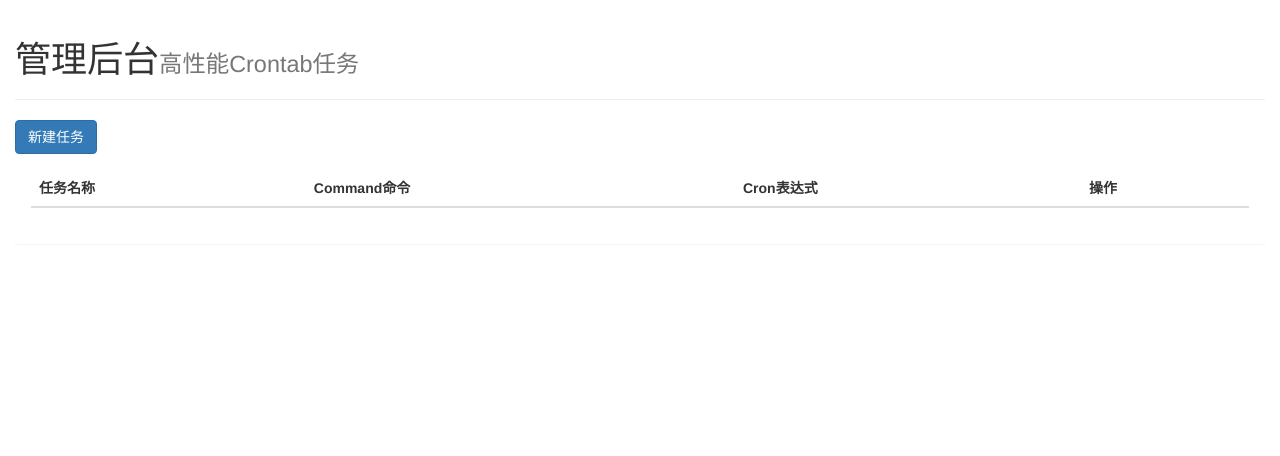
Repository: hellosz/GoCron
Page: src/master/main/public/index.html
The author's editor kept a copy of each file at every save. The page is drawn from the files as they stood at one save, then again after the next save.
The browser window is 1280 px wide. The pictures show the whole page.
After loading, the first visible `button.btn` was clicked once.
The page's requests for data from a server got no answer.

Above is the page before, as saved 2021-08-31 00:26:31.

### src/master/main/public/index.html
<!DOCTYPE html>
<html lang="en">
<head>
    <meta charset="UTF-8">
    <meta http-equiv="X-UA-Compatible" content="IE=edge">
    <meta name="viewport" content="width=device-width, initial-scale=1.0">
    <title>高性能 Crontab</title>
    <script src="https://cdn.bootcdn.net/ajax/libs/jquery/3.5.1/jquery.min.js"></script>
    <link href="https://cdn.bootcdn.net/ajax/libs/twitter-bootstrap/3.3.7/css/bootstrap.min.css" rel="stylesheet">
    <script src="https://cdn.bootcdn.net/ajax/libs/twitter-bootstrap/3.3.7/js/bootstrap.min.js"></script>
</head>
<body>
    <div class="container-fluid">
        <!-- 头部 -->
        <div class="row">
            <div class="col-md-12">
                <div class="page-header">
                    <h1>
                        管理后台<small>高性能Crontab任务</small>
                    </h1>
                </div>
            </div>
        </div>
        <!-- 操作按钮 -->
        <div class="row">
            <div class="col-md-12">
                <button type="button" class="btn btn-primary new-job">
                    新建任务
                </button>
            </div>
        </div>

        <!-- 任务列表 -->
        <div class="row">
            <div class="col-md-12">
                <div class="panel">
                    <div class="panel-body">
                        <table class="table table-striped" id="jobTable">
                            <thead>
                                <tr>
                                    <th>任务名称</th>
                                    <th>Command命令</th>
                                    <th>Cron表达式</th>
                                    <th>操作</th>
                                </tr>
                            </thead>
                            <tbody>
                                <!-- <tr>
                                    <td class="job-name">job1</td>
                                    <td class="job-command">echo hello</td>
                                    <td class="job-cron-exp">* * * * * *</td>
                                    <td>
                                        <div class="btn-toolbar">
                                            <button class="btn btn-info edit-job">编辑</button>
                                            <button class="btn btn-danger delete-job">删除</button>
                                            <button class="btn btn-warning kill-job">强杀</button>
                                        </div>
                                    </td>
                                </tr> -->
                            </tbody>
                        </table>
                    </div>
                </div>
            </div>

        </div>
    </div>
    <!--模态框-->
    <div id="inputModal" class="modal fade" tabindex="-1" role="dialog">
        <div class="modal-dialog" role="document">
          <div class="modal-content">
            <div class="modal-header">
              <button type="button" class="close" data-dismiss="modal" aria-label="Close"><span aria-hidden="true">&times;</span></button>
              <h4 id="inputTitle" class="modal-title">编辑</h4>
            </div>
            <div class="modal-body">
                <form action="">
                    <div class="form-group">
                      <label for="jobName">任务名称</label>
                      <input type="text" id="jobName" class="form-control" placeholder="" aria-describedby="helpId">
                    </div>
                    <div class="form-group">
                      <label for="jobCommand">执行命令</label>
                      <input type="text" id="jobCommand" class="form-control" placeholder="" aria-describedby="helpId">
                    </div>
                    <div class="form-group">
                      <label for="jobCronExp">Cron表达式</label>
                      <input type="text" id="jobCronExp" class="form-control" placeholder="" aria-describedby="helpId">
                    </div>
                </form>
            </div>
            <div class="modal-footer">
              <button type="button" class="btn btn-default" data-dismiss="modal">关闭</button>
              <button type="button" class="btn btn-primary">保存</button>
            </div>
          </div><!-- /.modal-content -->
        </div><!-- /.modal-dialog -->
      </div><!-- /.modal -->
    <!-- 代码  -->
    <script>
        $(document).ready(function () {
            // 监听编辑按钮
            $("#jobTable").on("click", ".edit-job",function (event) {
                // 设置标题
                $("#inputTitle").text("编辑任务");

                // 设置内容
                var jobName = $(this).closest("tr").children(".job-name").text()
                $("#jobName").val(jobName)
                var jobCommand = $(this).closest("tr").children(".job-command").text()
                $("#jobCommand").val(jobCommand)
                var jobCronExp = $(this).closest("tr").children(".job-cron-exp").text()
                $("#jobCronExp").val(jobCronExp)

                // 弹出编辑框
                $("#inputModal").modal("show");
            });
            $("#jobTable").on("click", ".delete-job",function (event) {
                // 获取任务名
                var jobName = $(this).closest("tr").children(".job-name").text()

                // 删除任务
                deleteJob(jobName)
            });
            $("#jobTable").on("click", ".kill-job",function (event) {
                // 获取任务名
                var jobName = $(this).closest("tr").children(".job-name").text()

                // 强杀任务
                killJob(jobName)
            });
            $(".new-job").on("click",function (event) {
                alert("new");
            });

            // 列表刷新
            function freshList() {
                // 清空列表
                $("#jobTable tbody").empty();

                // 发送请求
                $.ajax({
                    type: "get",
                    url: "/job/list",
                    dataType: "json",
                    success: function (response) {
                        if (response.status == -1) {
                            // 请求失败，静默处理
                            return
                        }

                        // 结果渲染
                        var list = response.data
                        console.log(list)
                        for (var index = 0; index < list.length; index++) {
                            data = list[index]
                            var rowDom = $("<tr>");
                            rowDom.append($("<td class='job-name'>").html(data.name));
                            rowDom.append($("<td class='job-command'>").html(data.command));
                            rowDom.append($("<td class='job-cron-exp'>").html(data.cron_exp));
                            var toolBar = $("<div class='btn-toolbar'>");
                            toolBar.append("<button class=\"btn btn-info edit-job\">编辑</button>");
                            toolBar.append("<button class=\"btn btn-danger delete-job\">删除</button>");
                            toolBar.append("<button class=\"btn btn-warning kill-job\">强杀</button>");
                            rowDom.append($("<td>").append(toolBar));

                            // 添加一行数据
                            $("#jobTable tbody").append(rowDom)
                        }
                    }
                });
            }

            // 强杀任务
            function killJob(name) {
                $.ajax({
                    type: "POST",
                    url: "/job/kill",
                    data: {name: name},
                    dataType: "json",
                    success: function (response) {
                        if (response.status != -1) {
                            console.log("强杀成功");
                            location.reload();
                        } else {
                            console.error("强杀失败")
                        }
                    }
                });
            }

            // 删除任务
            function deleteJob(name) {
                $.ajax({
                    type: "POST",
                    url: "/job/delete",
                    data: {name: name},
                    dataType: "json",
                    success: function (response) {
                        if (response.status != -1) {
                            console.log("删除成功");
                            location.reload();
                        } else {
                            console.error("删除失败")
                        }
                    }
                });
            }

            // 初始化列表
            freshList();
        })
    </script>
</body>
</html>

After the next save:
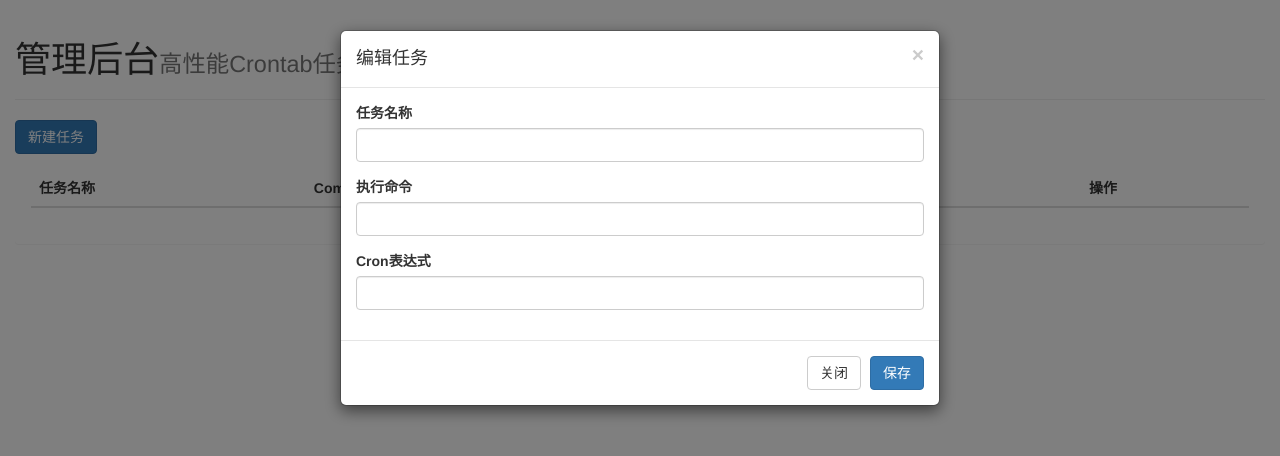
Saved 31 s later.
--- a/src/master/main/public/index.html
+++ b/src/master/main/public/index.html
@@ -130,7 +130,10 @@
                 killJob(jobName)
             });
             $(".new-job").on("click",function (event) {
-                alert("new");
+                // 设置标题
+                $("#inputTitle").text("编辑任务");
+                // 弹出编辑框
+                $("#inputModal").modal("show");
             });
 
             // 列表刷新
